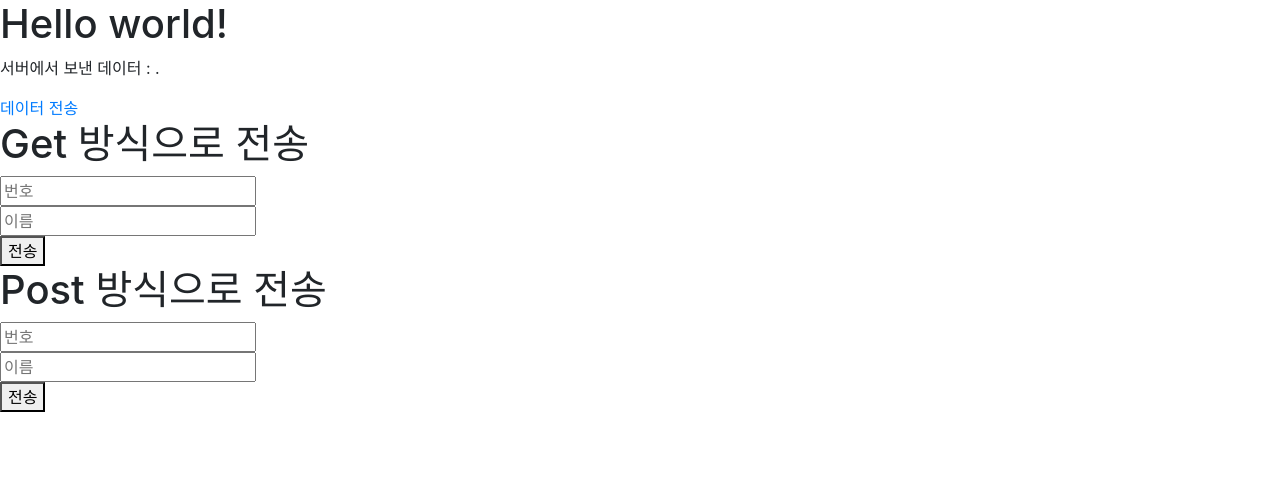
Repository: sky96027/academyPractice
Page: http://localhost/spring_kyg/WEB-INF/views/main/home.jsp
These files come from the project's save history. The page is drawn as it stood at one moment and after the next save; the edit follows.
The browser window is 1280 px wide. The pictures show the whole page.
The page is served by Tomcat 9. Nobody is signed in. Other server files are loaded and not shown. The template is opened directly, without the code that normally fills it, so the values that code supplies are empty.

Above is the page before, as saved 2022-01-04 03:30:35.

### spring_kyg/src/main/webapp/WEB-INF/views/main/home.jsp
<%@ taglib uri="http://java.sun.com/jsp/jstl/core" prefix="c" %>
<%@ page language="java" contentType="text/html; charset=UTF-8"
    pageEncoding="UTF-8"%>
<!DOCTYPE html>
<html>
<head>
	<title>Home</title>
	<title>로그인</title>
	<link rel="stylesheet" href="https://cdn.jsdelivr.net/npm/bootstrap@4.6.1/dist/css/bootstrap.min.css">
	<script src="https://cdn.jsdelivr.net/npm/jquery@3.5.1/dist/jquery.slim.min.js"></script>
	<script src="https://cdn.jsdelivr.net/npm/popper.js@1.16.1/dist/umd/popper.min.js"></script>
	<script src="https://cdn.jsdelivr.net/npm/bootstrap@4.6.1/dist/js/bootstrap.bundle.min.js"></script>
</head>
<body>
<h1>
	Hello world!
</h1>
<!-- ${serverTime}는 서버에서 화면으로 보낸 데이터. 컨트롤러에서 화면으로 보낸 데이터  -->
<P>  서버에서 보낸 데이터 : ${serverTime}. </P>
<a href="<%=request.getContextPath() %>/spring/test?num=1&name=홍길동">데이터 전송</a>
<form action="/spring/test/form" method = "get">
	<h1>Get 방식으로 전송</h1>
	<input type = "text" name = "num" placeholder= "번호"> <br>
	<input type = "text" name = "name" placeholder= "이름"> <br>
	<button type = "submit">전송</button>
</form>
<form action="/spring/test/form" method = "post">
	<h1>Post 방식으로 전송</h1>
	<input type = "text" name = "num" placeholder= "번호"> <br>
	<input type = "text" name = "name" placeholder= "이름"> <br>
	<button type = "submit">전송</button>
</form>

</body>
</html>

After the next save:
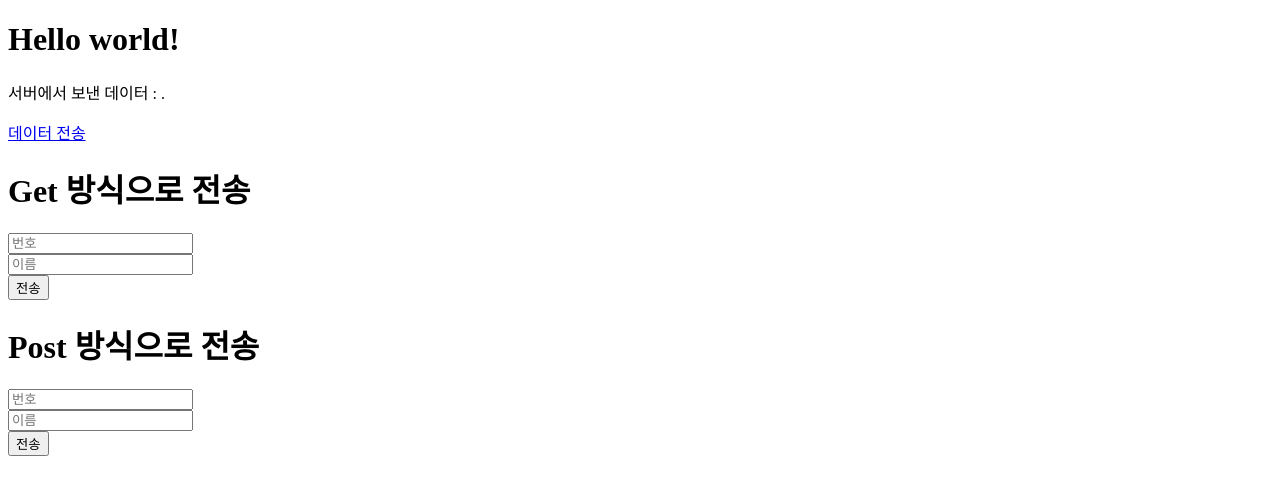
Saved 114 s later.
--- a/spring_kyg/src/main/webapp/WEB-INF/views/main/home.jsp
+++ b/spring_kyg/src/main/webapp/WEB-INF/views/main/home.jsp
@@ -5,11 +5,6 @@
 <html>
 <head>
 	<title>Home</title>
-	<title>로그인</title>
-	<link rel="stylesheet" href="https://cdn.jsdelivr.net/npm/bootstrap@4.6.1/dist/css/bootstrap.min.css">
-	<script src="https://cdn.jsdelivr.net/npm/jquery@3.5.1/dist/jquery.slim.min.js"></script>
-	<script src="https://cdn.jsdelivr.net/npm/popper.js@1.16.1/dist/umd/popper.min.js"></script>
-	<script src="https://cdn.jsdelivr.net/npm/bootstrap@4.6.1/dist/js/bootstrap.bundle.min.js"></script>
 </head>
 <body>
 <h1>
